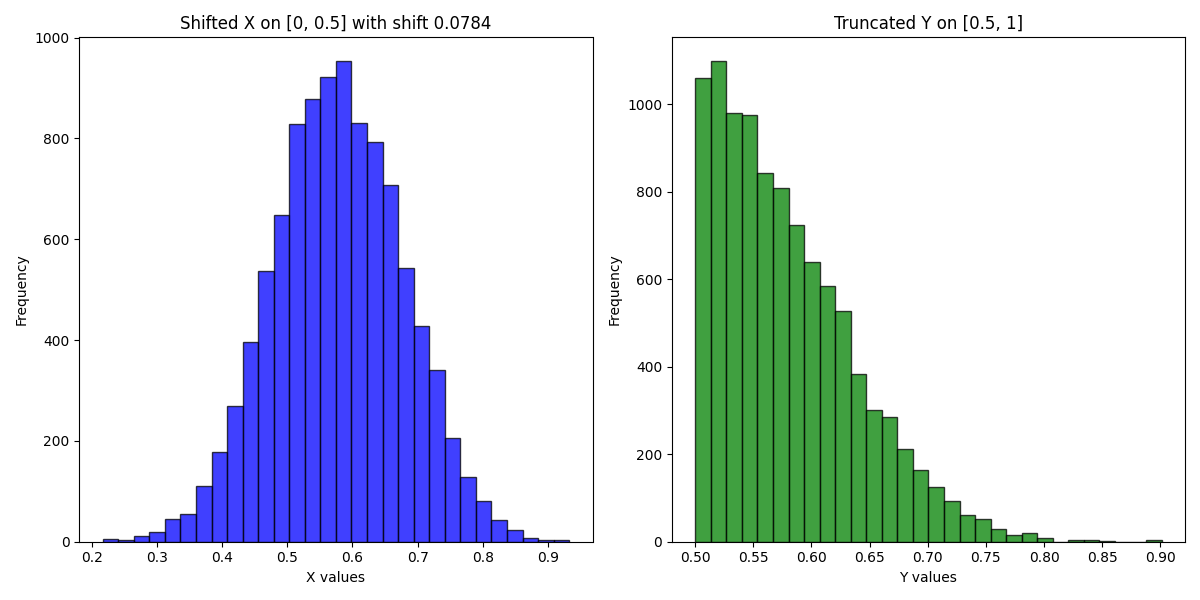
Repository: KrystofM/stealing-part-lm-supplementary-plaid
Script's output: python optimize_logit_queries/askers/shift.py
These files come from the project's save history. The script's output is drawn as it stood at one moment and after the next save; the edit follows.
Random numbers start from a fixed seed.

Above is the script's output before, as saved 2024-06-25 00:10:40.

### optimize_logit_queries/askers/shift.py
import numpy as np
import scipy.stats as stats
import matplotlib.pyplot as plt


# Function to generate truncated normal samples
def truncated_normal(mean, sigma, lower, upper, size=1):
    a, b = (lower - mean) / sigma, (upper - mean) / sigma
    truncated_distribution = stats.truncnorm(a, b, loc=mean, scale=sigma)
    samples = truncated_distribution.rvs(size=size)
    return samples

# Parameters
mean = 0.5
sigma = 0.1
size = 10000  # Increasing sample size for better accuracy

# Truncate X on [0, 0.5]
lower_X = 0.1
upper_X = 0.9
X = truncated_normal(mean, sigma, lower_X, upper_X, size=size)

# Truncate Y on [0.5, 1]
lower_Y = 0.5
upper_Y = 1
Y = truncated_normal(mean, sigma, lower_Y, upper_Y, size=size)

# Function to calculate P(X > Y) and P(Y > X)
def calculate_probabilities(X, Y, shift=0):
    X_shifted = X + shift
    prob_X_greater = np.mean(X_shifted > Y)
    prob_Y_greater = np.mean(Y > X_shifted)
    return prob_X_greater, prob_Y_greater

# Initial probabilities without any shift
prob_X_greater, prob_Y_greater = calculate_probabilities(X, Y)
print(f'Initial P(X > Y): {prob_X_greater}, P(Y > X): {prob_Y_greater}')

# Find the shift that makes P(X > Y) equal to P(Y > X)
shift = 0
tolerance = 0.001
shift_values = np.linspace(0, 1, 10001)  # Generate 1001 shift values from 0 to 1
best_shift = 0
smallest_difference = float('inf')  # Initialize with a large number
best_prob_X_greater = 0  # Initialize the best P(X > Y)
best_prob_Y_greater = 0  # Initialize the best P(Y > X)

for shift in shift_values:
    prob_X_greater, prob_Y_greater = calculate_probabilities(X, Y, shift)
    difference = abs(prob_X_greater - prob_Y_greater)
    if difference < smallest_difference:
        smallest_difference = difference
        best_shift = shift
        best_prob_X_greater = prob_X_greater  # Update the best P(X > Y)
        best_prob_Y_greater = prob_Y_greater  # Update the best P(Y > X)
        if smallest_difference < tolerance:
            break

# Calculate the means of X and Y
mean_X = np.mean(X)
mean_Y = np.mean(Y)
print(f'Mean of X: {mean_X}, Mean of Y: {mean_Y}')

# Calculate the difference of means
mean_difference = mean_Y - mean_X
print(f'Difference of means (Y - X): {mean_difference}')

print(f'Best P(X > Y): {best_prob_X_greater}, P(Y > X): {best_prob_Y_greater}')
print(f'Best shift: {best_shift}, with smallest difference: {smallest_difference}')
# Plot the results with the shifted X
plt.figure(figsize=(12, 6))

plt.subplot(1, 2, 1)
plt.hist(X + best_shift, bins=30, alpha=0.75, color='blue', edgecolor='black')
plt.title(f'Shifted X on [0, 0.5] with shift {best_shift:.4f}')
plt.xlabel('X values')
plt.ylabel('Frequency')

plt.subplot(1, 2, 2)
plt.hist(Y, bins=30, alpha=0.75, color='green', edgecolor='black')
plt.title('Truncated Y on [0.5, 1]')
plt.xlabel('Y values')
plt.ylabel('Frequency')

plt.tight_layout()
plt.show()

After the next save:
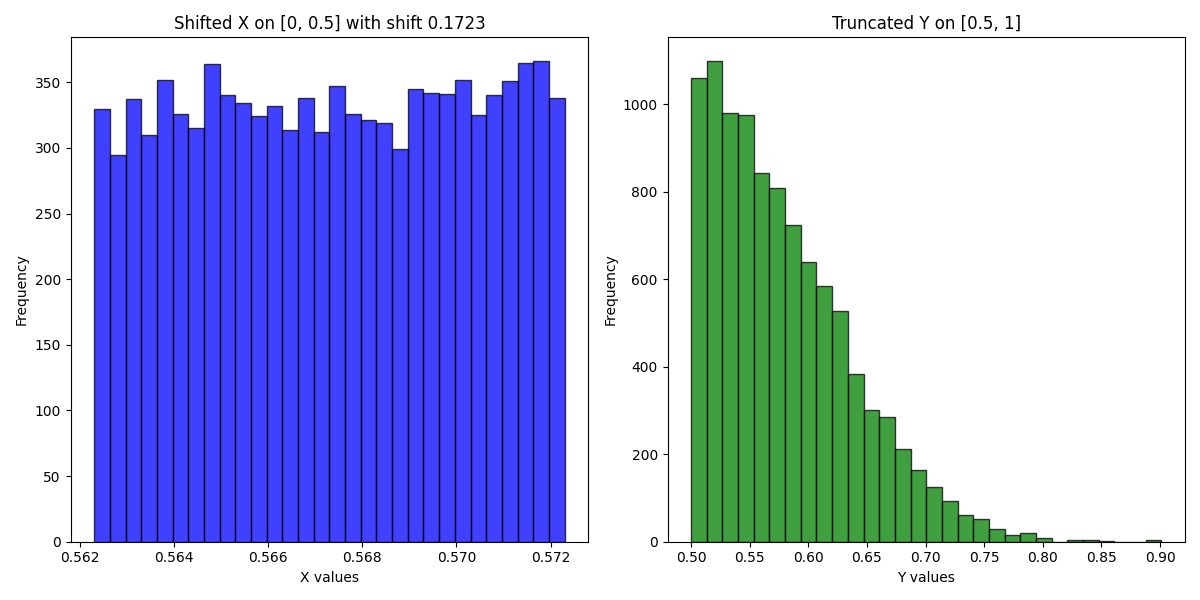
Saved 42 s later.
--- a/optimize_logit_queries/askers/shift.py
+++ b/optimize_logit_queries/askers/shift.py
@@ -16,8 +16,8 @@ sigma = 0.1
 size = 10000  # Increasing sample size for better accuracy
 
 # Truncate X on [0, 0.5]
-lower_X = 0.1
-upper_X = 0.9
+lower_X = 0.39
+upper_X = 0.4
 X = truncated_normal(mean, sigma, lower_X, upper_X, size=size)
 
 # Truncate Y on [0.5, 1]
